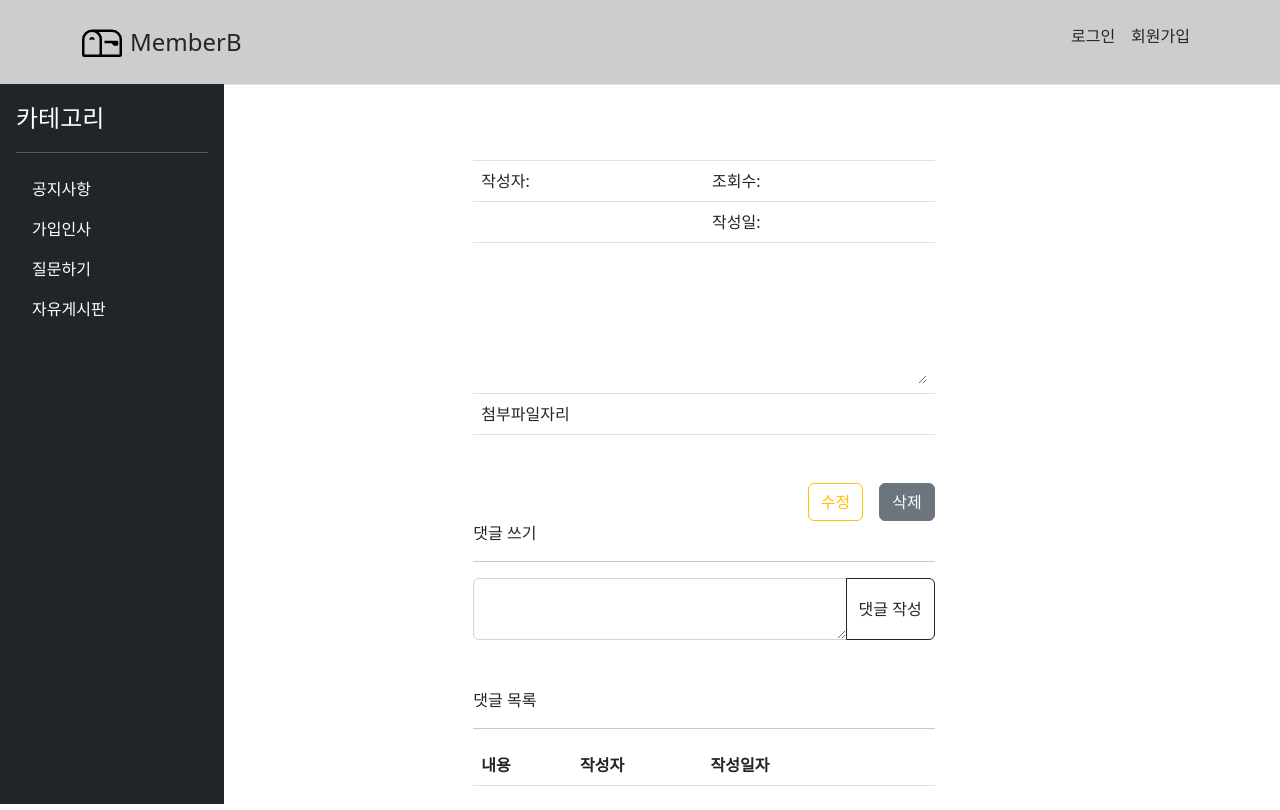
Repository: charmErin/board_220915
Page: http://localhost/board/WEB-INF/views/board/detail.jsp
The author's editor kept a copy of each file at every save. The page is drawn from the files as they stood at one save, then again after the next save.
The browser window is 1280 px wide. The pictures show the whole page.
Some web libraries are served in a nearby version. The page is served by Tomcat 9. Nobody is signed in. The template is opened directly, without the code that normally fills it, so the values that code supplies are empty.

Above is the page before, as saved 2022-09-16 07:53:19.

After the next save:
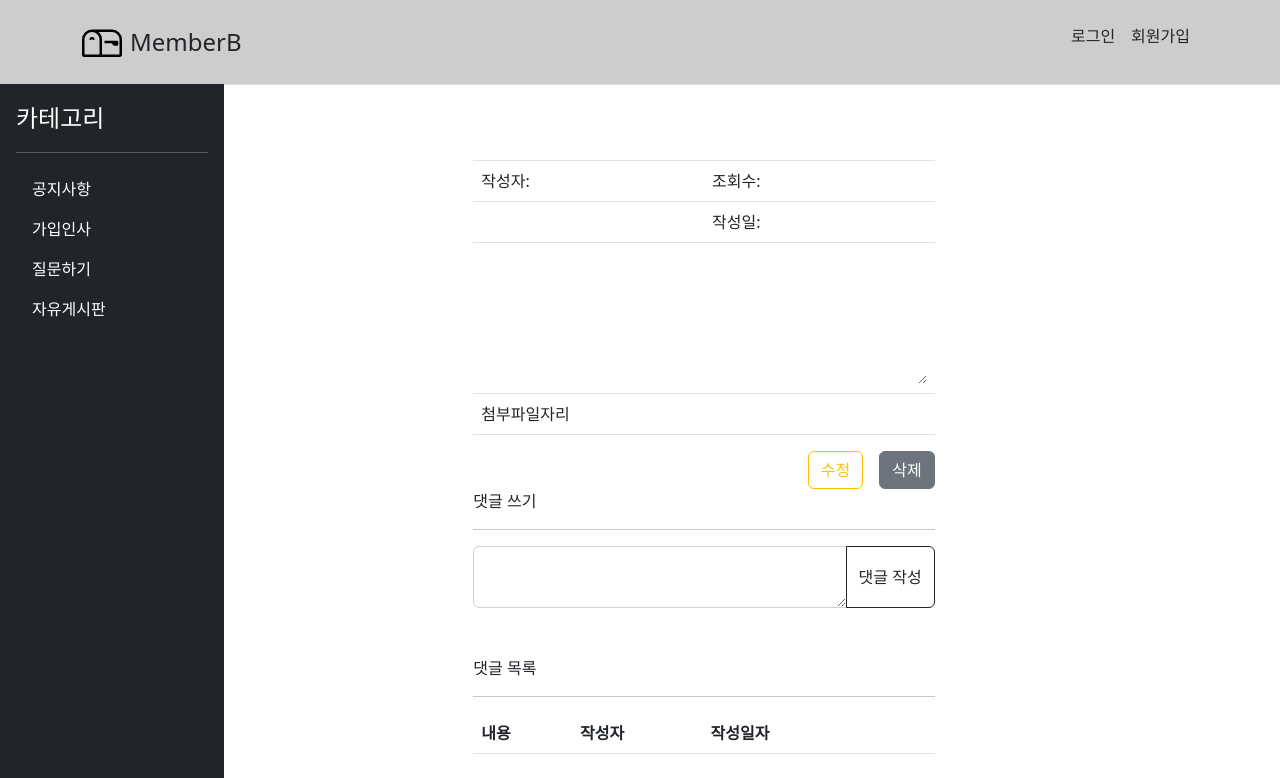
Saved 21 s later.
--- a/board/src/main/webapp/WEB-INF/views/board/detail.jsp
+++ b/board/src/main/webapp/WEB-INF/views/board/detail.jsp
@@ -23,7 +23,7 @@
 	<%@include file="../layout/header.jsp"%>
 	<div class="body-content">
 		<div class="container col-7 my-4">
-			<table class="table mb-5">
+			<table class="table mb-3">
 				<tr>
 					<td colspan="2">${board.boardTitle}</td>
 				</tr>
